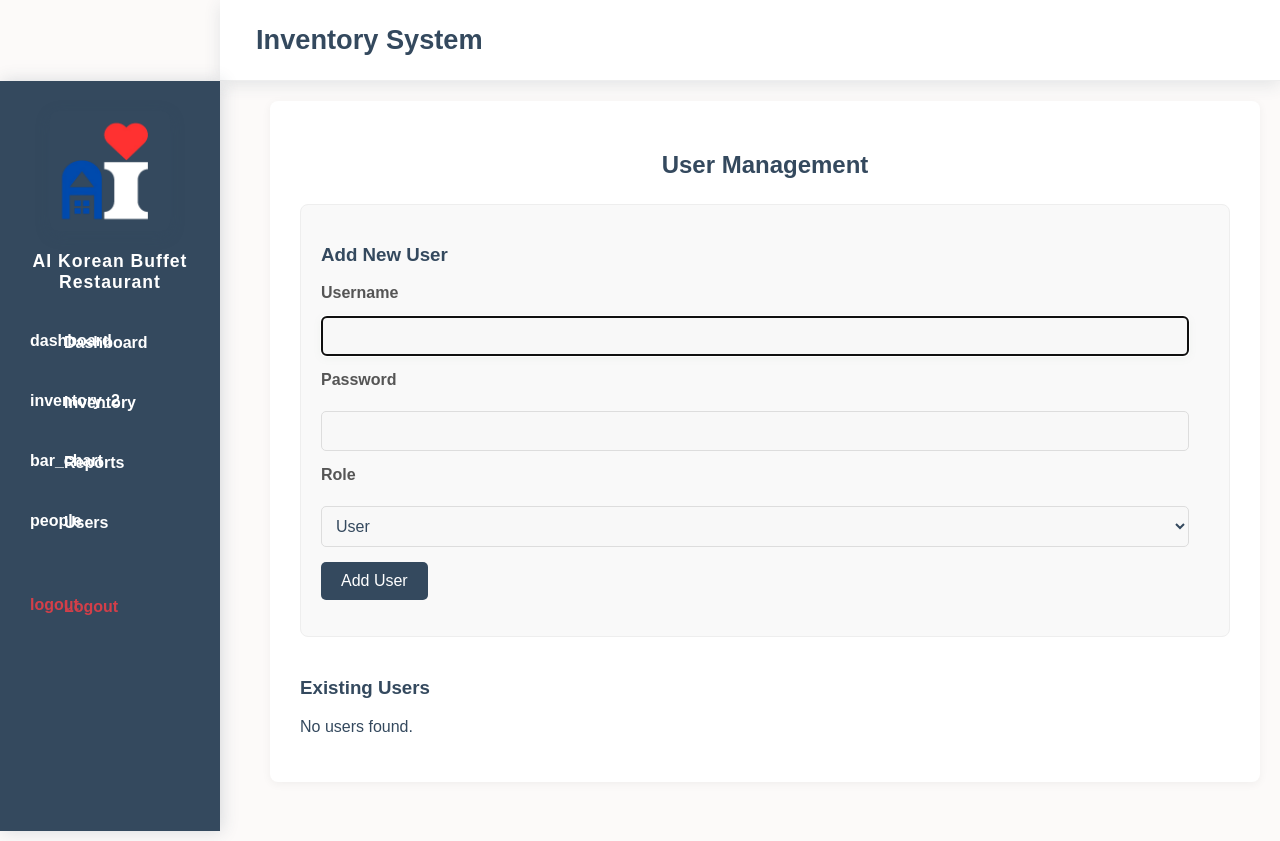
Repository: AdrianLeAsian/InventorySystem
Page: http://localhost/users.php
The author's editor kept a copy of each file at every save. The page is drawn from the files as they stood at one save, then again after the next save.
The browser window is 1280 px wide. The pictures show the whole page.
Some web fonts or font styles are not loaded; a fallback is used. The page is run by PHP 8.4 with error messages shown; the project is at /var/www/html/. The session is filled in as if someone had signed in: {"user_id": 1, "role": "admin"}. Other server files are loaded and not shown. Queries for data that is not in the repository find no rows.

Above is the page before, as saved 2025-08-13 09:45:20.

### users.php
<?php
include 'includes/auth.php';
include 'includes/db.php';

$current_page = basename($_SERVER['PHP_SELF']); // Get the current page filename

include 'includes/header.php'; // Include header for consistent layout
include 'includes/sidebar.php'; // Include sidebar for navigation

// Check if the logged-in user is an admin
$is_admin = ($_SESSION['role'] === 'admin');

$error = '';
$success = '';

// Handle Add User form submission
if ($_SERVER['REQUEST_METHOD'] === 'POST' && isset($_POST['action']) && $_POST['action'] === 'add_user') {
    if (!$is_admin) {
        // Non-admin users cannot create accounts
        $error = 'You do not have permission to add new users.';
    } else {
        $username = trim($_POST['username']);
        $password = trim($_POST['password']);
        $role = trim($_POST['role']); // Get role from form

        if (strlen($username) < 3 || strlen($password) < 4) {
            $error = 'Username must be at least 3 characters and password at least 4.';
        } else {
            $stmt = $conn->prepare('SELECT id FROM users WHERE username = ?');
            $stmt->bind_param('s', $username);
            $stmt->execute();
            $stmt->store_result();
            if ($stmt->num_rows > 0) {
                $error = 'Username already exists.';
            } else {
                $hash = password_hash($password, PASSWORD_DEFAULT);
                $stmt = $conn->prepare('INSERT INTO users (username, password, role) VALUES (?, ?, ?)');
                $stmt->bind_param('sss', $username, $hash, $role);
                if ($stmt->execute()) {
                    $success = 'User added successfully!';
                } else {
                    $error = 'Failed to create account.';
                }
            }
        }
    }
}

// Fetch users for display
$users = [];
if ($is_admin) {
    // Admins can see all users
    $stmt = $conn->prepare('SELECT id, username, role FROM users');
    $stmt->execute();
    $result = $stmt->get_result();
    while ($row = $result->fetch_assoc()) {
        $users[] = $row;
    }
} else {
    // Non-admins can only see their own account
    $stmt = $conn->prepare('SELECT id, username, role FROM users WHERE id = ?');
    $stmt->bind_param('i', $_SESSION['user_id']);
    $stmt->execute();
    $result = $stmt->get_result();
    if ($row = $result->fetch_assoc()) {
        $users[] = $row;
    }
}
?>
<!DOCTYPE html>
<html lang="en">
<head>
    <meta charset="UTF-8">
    <title>User Management</title>
    <link rel="stylesheet" href="assets/css/style.css">
    <style>
        .main-content {
            margin-left: 250px;
            padding: 20px;
        }
        .user-management-container {
            background: #fff;
            padding: 30px;
            border-radius: 8px;
            box-shadow: 0 2px 10px rgba(0,0,0,0.05);
        }
        .user-management-container h2 {
            color: var(--primary);
            margin-bottom: 25px;
            text-align: center;
        }
        .user-management-container .error {
            color: var(--danger);
            text-align: center;
            margin-bottom: 15px;
        }
        .user-management-container .success {
            color: var(--success);
            text-align: center;
            margin-bottom: 15px;
        }
        .add-user-form {
            margin-bottom: 40px;
            padding: 20px;
            border: 1px solid #eee;
            border-radius: 8px;
            background-color: #f9f9f9;
        }
        .add-user-form label {
            display: block;
            margin-bottom: 8px;
            font-weight: bold;
            color: #555;
        }
        .add-user-form input[type="text"],
        .add-user-form input[type="password"],
        .add-user-form select {
            width: calc(100% - 20px);
            padding: 10px;
            margin-bottom: 15px;
            border: 1px solid #ddd;
            border-radius: 5px;
            font-size: 1em;
        }
        .add-user-form button {
            background: var(--primary);
            color: #fff;
            border: none;
            padding: 10px 20px;
            border-radius: 5px;
            cursor: pointer;
            font-size: 1em;
            transition: background-color 0.3s ease;
        }
        .add-user-form button:hover {
            background: var(--primary-dark);
        }
        .users-table {
            width: 100%;
            border-collapse: collapse;
            margin-top: 20px;
        }
        .users-table th, .users-table td {
            border: 1px solid #eee;
            padding: 12px 15px;
            text-align: left;
        }
        .users-table th {
            background-color: var(--secondary);
            color: #fff;
            font-weight: bold;
        }
        .users-table tr:nth-child(even) {
            background-color: #f8f8f8;
        }
        .users-table tr:hover {
            background-color: #f1f1f1;
        }
        .users-table .actions button {
            background: var(--accent);
            color: #fff;
            border: none;
            padding: 8px 12px;
            border-radius: 5px;
            cursor: pointer;
            font-size: 0.9em;
            margin-right: 5px;
            transition: background-color 0.3s ease;
        }
        .users-table .actions button.delete {
            background: var(--danger);
        }
        .users-table .actions button:hover {
            opacity: 0.9;
        }
    </style>
</head>
<body>
    <div class="main-content">
        <div class="user-management-container">
            <h2>User Management</h2>

            <?php if ($error) echo '<div class="error">' . htmlspecialchars($error) . '</div>'; ?>
            <?php if ($success) echo '<div class="success">' . htmlspecialchars($success) . '</div>'; ?>

            <?php if ($is_admin): // Only show add user form if admin ?>
            <div class="add-user-form">
                <h3>Add New User</h3>
                <form method="post">
                    <input type="hidden" name="action" value="add_user">
                    <label for="username">Username</label>
                    <input type="text" id="username" name="username" required autofocus>
                    <label for="password">Password</label>
                    <input type="password" id="password" name="password" required>
                    <label for="role">Role</label>
                    <select id="role" name="role">
                        <option value="user">User</option>
                        <option value="admin">Admin</option>
                    </select>
                    <button type="submit">Add User</button>
                </form>
            </div>
            <?php endif; ?>

            <h3>Existing Users</h3>
            <?php if (empty($users)): ?>
                <p>No users found.</p>
            <?php else: ?>
                <table class="users-table">
                    <thead>
                        <tr>
                            <th>ID</th>
                            <th>Username</th>
                            <th>Role</th>
                            <th>Actions</th>
                        </tr>
                    </thead>
                    <tbody>
                        <?php foreach ($users as $user): ?>
                        <tr>
                            <td><?php echo htmlspecialchars($user['id']); ?></td>
                            <td><?php echo htmlspecialchars($user['username']); ?></td>
                            <td><?php echo htmlspecialchars($user['role']); ?></td>
                            <td class="actions">
                                <?php if ($is_admin || $_SESSION['user_id'] == $user['id']): ?>
                                <button class="edit-user-btn" data-id="<?php echo $user['id']; ?>" data-username="<?php echo htmlspecialchars($user['username']); ?>" data-role="<?php echo htmlspecialchars($user['role']); ?>">Edit</button>
                                <?php endif; ?>
                                <?php if ($is_admin && $_SESSION['user_id'] != $user['id']): // Admins can delete others, but not themselves ?>
                                <button class="delete-user-btn delete" data-id="<?php echo $user['id']; ?>">Delete</button>
                                <?php endif; ?>
                            </td>
                        </tr>
                        <?php endforeach; ?>
                    </tbody>
                </table>
            <?php endif; ?>
        </div>
    </div>

    <!-- Edit User Modal -->
    <div id="editUserModal" class="modal">
        <div class="modal-content">
            <span class="close-button">&times;</span>
            <h2>Edit User</h2>
            <form id="editUserForm">
                <input type="hidden" id="editUserId" name="id">
                <label for="editUsername">Username</label>
                <input type="text" id="editUsername" name="username" required>
                <label for="editPassword">New Password (leave blank to keep current)</label>
                <input type="password" id="editPassword" name="password">
                <label for="editRole">Role</label>
                <select id="editRole" name="role">
                    <option value="user">User</option>
                    <option value="admin">Admin</option>
                </select>
                <button type="submit">Save Changes</button>
            </form>
        </div>
    </div>

    <script>
        document.addEventListener('DOMContentLoaded', function() {
            const editUserModal = document.getElementById('editUserModal');
            const closeButton = editUserModal.querySelector('.close-button');
            const editUserButtons = document.querySelectorAll('.edit-user-btn');
            const editUserForm = document.getElementById('editUserForm');

            editUserButtons.forEach(button => {
                button.addEventListener('click', function() {
                    const userId = this.dataset.id;
                    const username = this.dataset.username;
                    const role = this.dataset.role;

                    document.getElementById('editUserId').value = userId;
                    document.getElementById('editUsername').value = username;
                    document.getElementById('editRole').value = role;

                    // Disable role selection for non-admins editing their own account
                    const isAdmin = <?php echo json_encode($is_admin); ?>;
                    const loggedInUserId = <?php echo json_encode($_SESSION['user_id']); ?>;
                    if (!isAdmin && userId == loggedInUserId) {
                        document.getElementById('editRole').disabled = true;
                    } else {
                        document.getElementById('editRole').disabled = false;
                    }

                    editUserModal.style.display = 'block';
                });
            });

            closeButton.addEventListener('click', function() {
                editUserModal.style.display = 'none';
            });

            window.addEventListener('click', function(event) {
                if (event.target == editUserModal) {
                    editUserModal.style.display = 'none';
                }
            });

            editUserForm.addEventListener('submit', function(e) {
                e.preventDefault();
                const formData = new FormData(editUserForm);
                formData.append('action', 'update_user');

                // Re-enable role select before sending if it was disabled for non-admin
                if (document.getElementById('editRole').disabled) {
                    document.getElementById('editRole').disabled = false;
                }

                fetch('includes/user_actions.php', { // Assuming user_actions.php will handle user CRUD
                    method: 'POST',
                    body: formData
                })
                .then(response => response.json())
                .then(data => {
                    if (data.status === 'success') {
                        alert(data.message);
                        location.reload(); // Reload page to show updated list
                    } else {
                        alert('Error: ' + data.message);
                    }
                })
                .catch(error => {
                    console.error('Error:', error);
                    alert('An error occurred while updating the user.');
                });
            });

            // Delete User functionality
            document.querySelectorAll('.delete-user-btn').forEach(button => {
                button.addEventListener('click', function() {
                    const userId = this.dataset.id;
                    if (confirm('Are you sure you want to delete this user?')) {
                        const formData = new FormData();
                        formData.append('action', 'delete_user');
                        formData.append('id', userId);

                        fetch('includes/user_actions.php', { // Assuming user_actions.php will handle user CRUD
                            method: 'POST',
                            body: formData
                        })
                        .then(response => response.json())
                        .then(data => {
                            if (data.status === 'success') {
                                alert(data.message);
                                location.reload(); // Reload page to show updated list
                            } else {
                                alert('Error: ' + data.message);
                            }
                        })
                        .catch(error => {
                            console.error('Error:', error);
                            alert('An error occurred while deleting the user.');
                        });
                    }
                });
            });
        });
    </script>
</body>
</html>

### includes/auth.php
<?php
session_start();

// Function to check if user is logged in and redirect if not
function check_auth() {
    if (!isset($_SESSION['user_id'])) {
        header('Location: login.php');
        exit;
    }
}

// Function to check if user is admin
function check_admin_role() {
    if (!isset($_SESSION['user_id']) || $_SESSION['role'] !== 'admin') {
        // For AJAX requests, send a JSON error response
        if (isset($_SERVER['HTTP_X_REQUESTED_WITH']) && strtolower($_SERVER['HTTP_X_REQUESTED_WITH']) === 'xmlhttprequest') {
            header('Content-Type: application/json');
            http_response_code(403); // Forbidden
            echo json_encode(['status' => 'error', 'message' => 'Forbidden: Admin access required.']);
            exit;
        } else {
            // For regular page requests, redirect to an unauthorized page or login
            header('Location: login.php?error=unauthorized'); // Or a dedicated unauthorized.php page
            exit;
        }
    }
}

// Call check_auth() by default for pages that include this file
check_auth();
?>

### includes/db.php
<?php
// Database connection for db_inventory
$host = 'localhost';
$user = 'root';
$pass = '';
$db = 'db_inventory';

$conn = new mysqli($host, $user, $pass, $db);
if ($conn->connect_error) {
    die('Database connection failed: ' . $conn->connect_error);
}
?>

### includes/header.php
<div class="header">
    <?php echo isset($page_title) ? $page_title : 'Inventory System'; ?>
</div>

### includes/sidebar.php
<?php
// session_start() is already called in auth.php, which is included before sidebar.php in main pages.
$is_admin = isset($_SESSION['role']) && $_SESSION['role'] === 'admin';
?>
<div class="sidebar">
    <img src="assets/images/logo.png" alt="Logo" class="logo">
    <div style="text-align:center; margin: 12px 0 24px 0; font-size:1.1em; font-weight:700; color:#fff; letter-spacing:1px;">AI Korean Buffet Restaurant</div>
    <link href="https://fonts.googleapis.com/icon?family=Material+Icons" rel="stylesheet">
    <a href="dashboard.php" class="nav-link"><span class="icon"><span class="material-icons">dashboard</span></span>Dashboard</a>
    <a href="inventory.php" class="nav-link"><span class="icon"><span class="material-icons">inventory_2</span></span>Inventory</a>
    <a href="reports.php" class="nav-link"><span class="icon"><span class="material-icons">bar_chart</span></span>Reports</a>
    <?php if ($is_admin): // Only show Users link if admin ?>
    <a href="users.php" class="nav-link"><span class="icon"><span class="material-icons">people</span></span>Users</a>
    <?php endif; ?>
    <a href="logout.php" class="nav-link" style="margin-top:32px;color:#D33F49;"><span class="icon"><span class="material-icons">logout</span></span>Logout</a>
</div>

Loaded but not shown: assets/css/style.css (463 lines, source omitted)

After the next save:
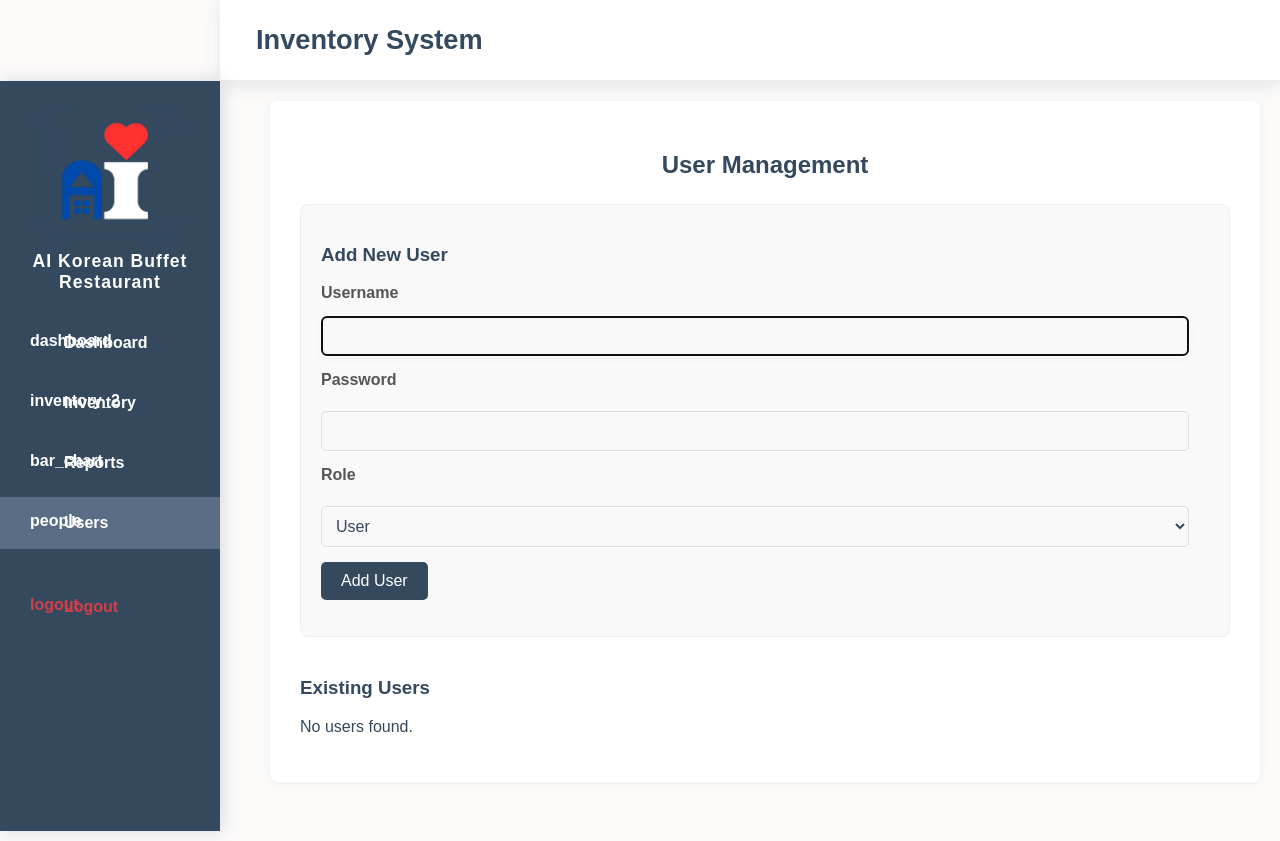
Saved 14 s later.
--- a/includes/sidebar.php
+++ b/includes/sidebar.php
@@ -6,11 +6,11 @@ $is_admin = isset($_SESSION['role']) && $_SESSION['role'] === 'admin';
     <img src="assets/images/logo.png" alt="Logo" class="logo">
     <div style="text-align:center; margin: 12px 0 24px 0; font-size:1.1em; font-weight:700; color:#fff; letter-spacing:1px;">AI Korean Buffet Restaurant</div>
     <link href="https://fonts.googleapis.com/icon?family=Material+Icons" rel="stylesheet">
-    <a href="dashboard.php" class="nav-link"><span class="icon"><span class="material-icons">dashboard</span></span>Dashboard</a>
-    <a href="inventory.php" class="nav-link"><span class="icon"><span class="material-icons">inventory_2</span></span>Inventory</a>
-    <a href="reports.php" class="nav-link"><span class="icon"><span class="material-icons">bar_chart</span></span>Reports</a>
+    <a href="dashboard.php" class="nav-link <?php echo ($current_page == 'dashboard.php') ? 'active' : ''; ?>"><span class="icon"><span class="material-icons">dashboard</span></span>Dashboard</a>
+    <a href="inventory.php" class="nav-link <?php echo ($current_page == 'inventory.php') ? 'active' : ''; ?>"><span class="icon"><span class="material-icons">inventory_2</span></span>Inventory</a>
+    <a href="reports.php" class="nav-link <?php echo ($current_page == 'reports.php') ? 'active' : ''; ?>"><span class="icon"><span class="material-icons">bar_chart</span></span>Reports</a>
     <?php if ($is_admin): // Only show Users link if admin ?>
-    <a href="users.php" class="nav-link"><span class="icon"><span class="material-icons">people</span></span>Users</a>
+    <a href="users.php" class="nav-link <?php echo ($current_page == 'users.php') ? 'active' : ''; ?>"><span class="icon"><span class="material-icons">people</span></span>Users</a>
     <?php endif; ?>
     <a href="logout.php" class="nav-link" style="margin-top:32px;color:#D33F49;"><span class="icon"><span class="material-icons">logout</span></span>Logout</a>
 </div>
